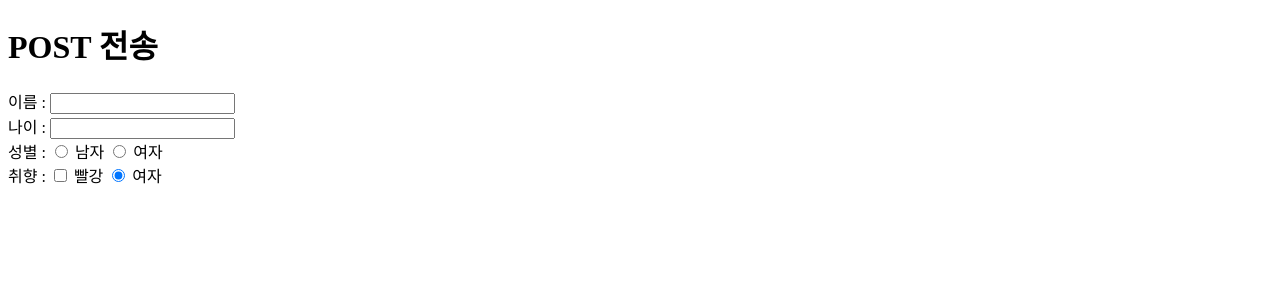
Repository: hari6180/JSP
Page: http://localhost/HelloWeb/05_post/from.jsp
An editor plug-in stored every save of this project. The page is shown before and after the next save, followed by the edit.
The browser window is 1280 px wide. The pictures show the whole page.
The page is served by Tomcat 9. Other server files are loaded and not shown.

Above is the page before, as saved 2021-01-19 01:42:28.

### HelloWeb/WebContent/05_post/from.jsp
<%@ page language="java" contentType="text/html; charset=UTF-8" pageEncoding="UTF-8"%>
<%@ page trimDirectiveWhitespaces="true" %>
<!doctype html>
<html>

<head>
    <meta charset="UTF-8" />
    <title>Hello JSP</title>
</head>

<body>
	<h1>POST 전송</h1>
	<form name="myform" method="post" action="to.jsp">
		<div>이름 : <input type="text" name="user_name" /></div>
		<div>나이 : <input type="number" name="age" /></div>
		<div>성별 :
			<label><input type='radio' name='gender' value='M'> 남자</label>
			<label><input type='radio' name='gender' value='F' checked> 여자</label>
		</div>
		<div>취향 :
			<label><input type='checkbox' name='favor[]' value='red'> 빨강</label>
			<label><input type='radio' name='gender' value='F' checked> 여자</label>
		</div>
	</form>
</body>

</html>

After the next save:
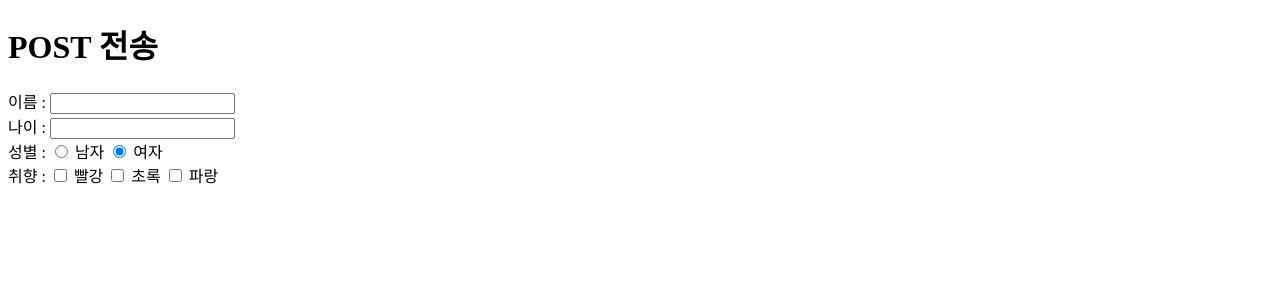
Saved 29 s later.
--- a/HelloWeb/WebContent/05_post/from.jsp
+++ b/HelloWeb/WebContent/05_post/from.jsp
@@ -19,7 +19,8 @@
 		</div>
 		<div>취향 :
 			<label><input type='checkbox' name='favor[]' value='red'> 빨강</label>
-			<label><input type='radio' name='gender' value='F' checked> 여자</label>
+			<label><input type='checkbox' name='favor[]' value='green'> 초록</label>
+			<label><input type='checkbox' name='favor[]' value='blue'> 파랑</label>
 		</div>
 	</form>
 </body>
